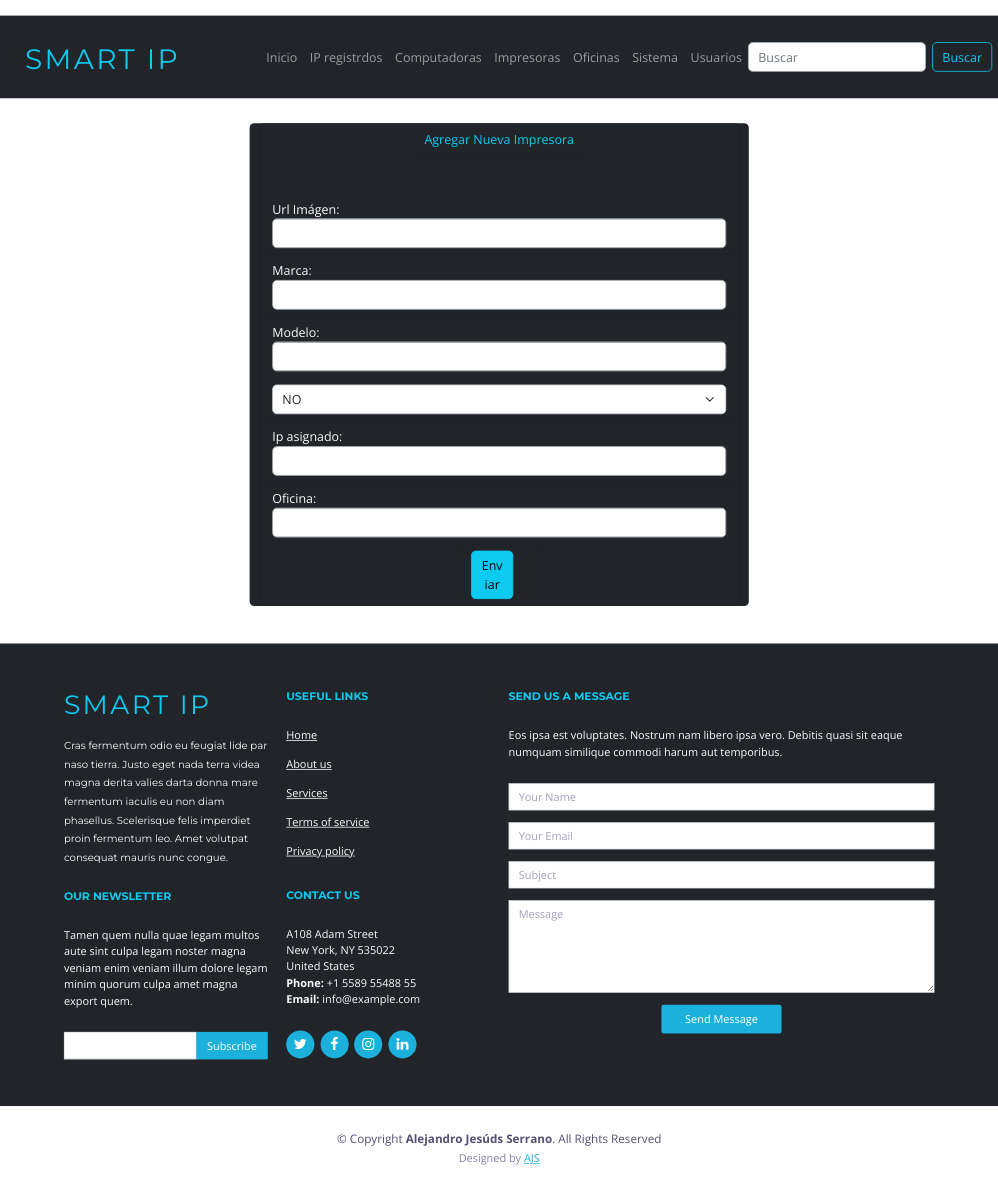
Repository: AlejandroJesusSerrano/SmartIPs
Page: smartip/smartipnav/templates/smartipnav/printer_form.html
An editor plug-in stored every save of this project. The page is shown before and after the next save, followed by the edit.
The browser window is 1280 px wide. The pictures show the whole page, at 78% of full size.
The page is served by the project's application, run on Django 4.2 (smartip/manage.py). Other server files are loaded and not shown. The template is opened directly, without the code that normally fills it, so the values that code supplies are empty.

Above is the page before, as saved 2022-11-14 09:16:46.

### smartip/smartipnav/templates/smartipnav/printer_form.html
{% extends 'smartipnav/base.html' %}

{% block content %}
<section>
    <div class="container col-lg-6 bg-dark rounded">
        <div class="card mx-auto mt-5 bg-dark style="width: 20rem;">
            <div class="card-header bg-dark text-info mx-auto">
              Agregar Nueva Impresora
            </div>
            <form id=printer_add_form action="" method="post" class="mt-5">
                {% csrf_token %}
                <ul class="list-group list-group-flush">
                    <li class="list-group-item bg-dark">
                        <label class="form-control-label text-light" for="printer_image">Url Imágen: </label>
                    <input class="form-control" type="url" name="printer_image" id="printer_add">
                    </li>
                    <li class="list-group-item bg-dark">
                        <label class="form-control-label text-light" for="printer_brand">Marca: </label>
                        <input class="form-control" type="text" name="printer_brand" id="printer_brand">
                    </li>
                    <li class="list-group-item bg-dark">
                        <label class="form-control-label text-light" for="printer_model">Modelo: </label>
                        <input class="form-control" type="text" name="printer_model" id="printer_model">
                    </li>
                    <li class="list-group-item bg-dark">
                        <select class="form-select">
                            <option selected>NO</option>
                            <option value="1">SI</option>
                        </select>
                    </li>
                    <li class="list-group-item bg-dark">
                        <label class="form-control-label text-light" for="printer_ip">Ip asignado: </label>
                        <input class="form-control" type="text" name="printer_ip" id="printer_ip">
                    </li>
                    <li class="list-group-item bg-dark">
                        <label class="form-control-label text-light" for="printer_office">Oficina: </label>
                        <input class="form-control" type="text" namr="printer_office" id="printer_office">
                    </li>
                    <li class="list-group-item bg-dark  px-auto mx-auto">
                        <button type="submit" class="btn btn-info mx-auto w-75">Enviar</button>
                    </li>
                  </ul>
            </form>
        </div>
    </div>
</section>
<!-- <section id="intro" class="clearfix">
    <div class="container d-flex h-100">
        <div class="row justify-content-center align-self-center">
            <div class="col-md-6 intro-info order-md-first order-last">
                <form action="" method="post">
                    {% csrf_token %}
                    <div class="container mx-auto w-100">
                        <div class="form-group bg-dark mx-auto w-80">
                            <label class="form-control-label text-light" for="printer_image">Url Imágen: </label>
                            <input class="form-control" type="url" name="printer_image" id="printer_add"></p>

                            <label class="form-control-label text-light" for="printer_brand">Marca: </label>
                            <input class="form-control" type="text" name="printer_brand" id="printer_brand"></p>

                            <label class="form-control-label text-light" for="printer_model">Modelo: </label>
                            <input class="form-control" type="text" name="printer_model" id="printer_model"></p>

                            <label class="form-control-label text-light" for="printer_rebuilded">Reacondicionada: </label>
                            <input class="form-control" type="checkbox" name="printer_rebuilded" id="printer_rebuilded"></p>

                            <label class="form-control-label text-light" for="printer_ip">Ip asignado: </label>
                            <input class="form-control" type="text" name="printer_ip" id="printer_ip"></p>

                            <label class="form-control-label text-light" for="printer_office">Oficina: </label>
                            <input class="form-control" type="text" namr="printer_office" id="printer_office"></p>

                            <button type="submit" class="btn btn-info mx-auto">Submit</button>
                        </div>
                    </div>
                </form>
            </div>
        </div>
    </div>
</section> -->
{% endblock %}

### smartip/smartipnav/templates/smartipnav/base.html
<!DOCTYPE html>
<html lang="en">
<head>

  {% load static %}
  <meta charset="utf-8">
  <title>Smart IP</title>
  <meta content="width=device-width, initial-scale=1.0" name="viewport">
  <meta content="" name="keywords">
  <meta content="" name="description">

  <!-- Favicons -->
  <link href="{% static 'smartipnav/img/favicon.png' %}" rel="icon">
  <link href="{% static 'smartipnav/img/apple-touch-icon.png' %}" rel="apple-touch-icon">

  <!-- Google Fonts -->
  <link href="https://fonts.googleapis.com/css?family=Open+Sans:300,300i,400,400i,500,600,700,700i|Montserrat:300,400,500,600,700" rel="stylesheet">

  <!-- Bootstrap CSS File -->
  <link href="https://cdn.jsdelivr.net/npm/bootstrap@5.2.2/dist/css/bootstrap.min.css" rel="stylesheet" integrity="sha384-Zenh87qX5JnK2Jl0vWa8Ck2rdkQ2Bzep5IDxbcnCeuOxjzrPF/et3URy9Bv1WTRi" crossorigin="anonymous">

  <!-- Libraries CSS Files -->
  <link href="{% static 'smartipnav/lib/font-awesome/css/font-awesome.min.css' %}" rel="stylesheet">
  <link href="{% static 'smartipnav/lib/animate/animate.min.css' %}" rel="stylesheet">
  <link href="{% static 'smartipnav/lib/ionicons/css/ionicons.min.css' %}" rel="stylesheet">
  <link href="{% static 'smartipnav/lib/owlcarousel/assets/owl.carousel.min.css' %}" rel="stylesheet">
  <link href="{% static 'smartipnav/lib/lightbox/css/lightbox.min.css' %}" rel="stylesheet">

  <!-- Main Stylesheet File -->
  <link href="{% static 'smartipnav/css/style.css' %}" rel="stylesheet">

  <!-- =======================================================
    Theme Name: Rapid
    Theme URL: https://bootstrapmade.com/rapid-multipurpose-bootstrap-business-template/
    Author: BootstrapMade.com
    License: https://bootstrapmade.com/license/
  ======================================================= -->
</head>

<body>
  <!--==========================
  Header
  ============================-->
  <header id="header">
    <nav class="navbar navbar-expand-lg navbar-dark bg-dark mb-5">
      <a class="navbar-brand" href="index">
        <div class="logo mb-4">
          <!-- Uncomment below if you prefer to use an image logo -->
          <h1 class="text-bg-dark mx-auto "><a href="index"><span class= "text-info">Smart IP</span></a></h1>
          <!-- <a href="#header" class="scrollto"><img src="img/logo.png" alt="" class="img-fluid"></a> -->
        </div>
      </a>
      <button class="navbar-toggler" type="button" data-bs-toggle="collapse" data-bs-target="#navbarSupportedContent" aria-controls="navbarSupportedContent" aria-expanded="false" aria-label="Toggle navigation">
        <span class="navbar-toggler-icon"></span>
      </button>
      <div class="collapse navbar-collapse" id="navbarSupportedContent">
        <ul class="navbar-nav ms-auto mb-2 mb-lg-0">
          <li class="nav-item">
            <a class="nav-link {% block indexactive %} {% endblock %}" aria-current="page" href="{% url 'Inicio' %}">Inicio</a>
          </li>
          <li class="nav-item">
            <a class="nav-link {% block ipactive %} {% endblock %}" aria-current="page" href=" {% url 'Ip' %}">IP registrdos</a>
          </li>
          <li class="nav-item">
            <a class="nav-link {% block computeractive %} {% endblock %}" aria-current="page" href="{% url 'Computers' %}">Computadoras</a>
          </li>
          <li class="nav-item">
            <a class="nav-link {% block printersactive %} {% endblock %}" aria-current="page" href="{% url 'Printers' %}">Impresoras</a>
          </li>
          <li class="nav-item">
            <a class="nav-link {% block officesactive %} {% endblock %}" aria-current="page" href="{% url 'Offices' %}">Oficinas</a>
          </li>
          <li class="nav-item">
            <a class="nav-link {% block usersactive %} {% endblock %}" aria-current="page" href="{% url 'Users' %}">Sistema</a>
          </li>
          <li class="nav-item">
            <a class="nav-link {% block userspcactive %} {% endblock %}" aria-current="page" href="{% url 'UsersPc' %}">Usuarios</a>
          </li>

          <!-- <li class="nav-item dropdown">
            <a class="nav-link dropdown-toggle" href="#" id="navbarDropdown" role="button" data-bs-toggle="dropdown" aria-expanded="false">
              Dropdown
            </a>
            <ul class="dropdown-menu" aria-labelledby="navbarDropdown">
              <li><a class="dropdown-item" href="#">Acción</a></li>
              <li><a class="dropdown-item" href="#">Otra acción</a></li>
              <li><hr class="dropdown-divider"></li>
              <li><a class="dropdown-item" href="#">Algo más aquí</a></li>
            </ul>
          </li>
          <li class="nav-item">
            <a class="nav-link disabled">Deshabilitado</a>
          </li> -->
        </ul>
        <form class="d-flex" role="search">
          <input class="form-control me-2" type="search" placeholder="Buscar" aria-label="Buscar">
          <button class="btn btn-outline-info me-2" type="submit">Buscar</button>
        </form>
      </div>
    </nav>
  </header><!-- #header -->



    {% block content %}

    {% endblock %}



  <!--==========================
    Footer
  ============================-->
  <footer id="footer" class="section-bg">
    <div class="mt-5 footer-top bg-dark">
      <div class="container bg-dark">

        <div class="row">

          <div class="col-lg-6">

            <div class="row">

                <div class="col-sm-6">

                  <div class="footer-info">
                    <h3 class="text-info">Smart Ip</h3>
                    <p class="text-light">Cras fermentum odio eu feugiat lide par naso tierra. Justo eget nada terra videa magna derita valies darta donna mare fermentum iaculis eu non diam phasellus. Scelerisque felis imperdiet proin fermentum leo. Amet volutpat consequat mauris nunc congue.</p>
                  </div>

                  <div class="footer-newsletter">
                    <h4 class="text-info">Our Newsletter</h4>
                    <p class="text-light">Tamen quem nulla quae legam multos aute sint culpa legam noster magna veniam enim veniam illum dolore legam minim quorum culpa amet magna export quem.</p>
                    <form action="" method="post">
                      <input type="email" name="email"><input type="submit"  value="Subscribe">
                    </form>
                  </div>

                </div>

                <div class="col-sm-6">
                  <div class="footer-links">
                    <h4 class="text-info">Useful Links</h4>
                    <ul>
                      <li><a class="text-light" href="#">Home</a></li>
                      <li><a class="text-light" href="#">About us</a></li>
                      <li><a class="text-light" href="#">Services</a></li>
                      <li><a class="text-light" href="#">Terms of service</a></li>
                      <li><a class="text-light" href="#">Privacy policy</a></li>
                    </ul>
                  </div>

                  <div class="footer-links">
                    <h4 class="text-info">Contact Us</h4>
                    <p class="text-light">
                      A108 Adam Street <br>
                      New York, NY 535022<br>
                      United States <br>
                      <strong>Phone:</strong> +1 5589 55488 55<br>
                      <strong>Email:</strong> info@example.com<br>
                    </p>
                  </div>

                  <div class="social-links">
                    <a href="#" class="twitter"><i class="fa fa-twitter"></i></a>
                    <a href="#" class="facebook"><i class="fa fa-facebook"></i></a>
                    <a href="#" class="instagram"><i class="fa fa-instagram"></i></a>
                    <a href="#" class="linkedin"><i class="fa fa-linkedin"></i></a>
                  </div>

                </div>

            </div>

          </div>

          <div class="col-lg-6">

            <div class="form">

              <h4 class="text-info">Send us a message</h4>
              <p class= "text-light">Eos ipsa est voluptates. Nostrum nam libero ipsa vero. Debitis quasi sit eaque numquam similique commodi harum aut temporibus.</p>
              <form action="" method="post" role="form" class="contactForm">
                <div class="form-group">
                  <input type="text" name="name" class="form-control" id="name" placeholder="Your Name" data-rule="minlen:4" data-msg="Please enter at least 4 chars" />
                  <div class="validation"></div>
                </div>
                <div class="form-group">
                  <input type="email" class="form-control" name="email" id="email" placeholder="Your Email" data-rule="email" data-msg="Please enter a valid email" />
                  <div class="validation"></div>
                </div>
                <div class="form-group">
                  <input type="text" class="form-control" name="subject" id="subject" placeholder="Subject" data-rule="minlen:4" data-msg="Please enter at least 8 chars of subject" />
                  <div class="validation"></div>
                </div>
                <div class="form-group">
                  <textarea class="form-control" name="message" rows="5" data-rule="required" data-msg="Please write something for us" placeholder="Message"></textarea>
                  <div class="validation"></div>
                </div>

                <div id="sendmessage">Your message has been sent. Thank you!</div>
                <div id="errormessage"></div>

                <div class="text-center"><button type="submit" title="Send Message">Send Message</button></div>
              </form>
            </div>

          </div>



        </div>

      </div>
    </div>

    <div class="container">
      <div class="copyright">
        &copy; Copyright <strong>Alejandro Jesúds Serrano</strong>. All Rights Reserved
      </div>
      <div class="credits">
        <!--
          All the links in the footer should remain intact.
          You can delete the links only if you purchased the pro version.
          Licensing information: https://bootstrapmade.com/license/
          Purchase the pro version with working PHP/AJAX contact form: https://bootstrapmade.com/buy/?theme=Rapid
        -->
        Designed by <a href="https://AJS.com/">AJS</a>
      </div>
    </div>
  </footer><!-- #footer -->

  <a href="#" class="back-to-top"><i class="fa fa-chevron-up"></i></a>
  <!-- Uncomment below i you want to use a preloader -->
  <!-- <div id="preloader"></div> -->

  <!-- JavaScript Libraries -->
  <script src="{% static 'smartipnav/lib/jquery/jquery.min.js' %}"></script>
  <script src="{% static 'smartipnav/lib/jquery/jquery-migrate.min.js' %}"></script>
  <script src="https://cdn.jsdelivr.net/npm/bootstrap@5.2.2/dist/js/bootstrap.bundle.min.js" integrity="sha384-OERcA2EqjJCMA+/3y+gxIOqMEjwtxJY7qPCqsdltbNJuaOe923+mo//f6V8Qbsw3" crossorigin="anonymous"></script>
  <script src="{% static 'smartipnav/lib/easing/easing.min.js' %}"></script>
  <script src="{% static 'smartipnav/lib/mobile-nav/mobile-nav.js' %}"></script>
  <script src="{% static 'smartipnav/lib/wow/wow.min.js' %}"></script>
  <script src="{% static 'smartipnav/lib/waypoints/waypoints.min.js' %}"></script>
  <script src="{% static 'smartipnav/lib/counterup/counterup.min.js' %}"></script>
  <script src="{% static 'smartipnav/lib/owlcarousel/owl.carousel.min.js' %}"></script>
  <script src="{% static 'smartipnav/lib/isotope/isotope.pkgd.min.js' %}"></script>
  <script src="{% static 'smartipnav/lib/lightbox/js/lightbox.min.js' %}"></script>
  <!-- Contact Form JavaScript File -->
  <script src="{% static 'smartipnav/contactform/contactform.js' %}"></script>

  <!-- Template Main Javascript File -->
  <script src="{% static 'smartipnav/js/main.js' %}"></script>

</body>
</html>

### smartip/smartip/urls.py
"""smartip URL Configuration

The `urlpatterns` list routes URLs to views. For more information please see:
    https://docs.djangoproject.com/en/4.1/topics/http/urls/
Examples:
Function views
    1. Add an import:  from my_app import views
    2. Add a URL to urlpatterns:  path('', views.home, name='home')
Class-based views
    1. Add an import:  from other_app.views import Home
    2. Add a URL to urlpatterns:  path('', Home.as_view(), name='home')
Including another URLconf
    1. Import the include() function: from django.urls import include, path
    2. Add a URL to urlpatterns:  path('blog/', include('blog.urls'))
"""
from django.contrib import admin
from django.urls import path

urlpatterns = [
    path('admin/', admin.site.urls),
]

Loaded but not shown: smartip/smartipnav/static/smartipnav/lib/font-awesome/css/font-awesome.min.css (library); smartip/smartipnav/static/smartipnav/lib/animate/animate.min.css (library); smartip/smartipnav/static/smartipnav/lib/ionicons/css/ionicons.min.css (library); smartip/smartipnav/static/smartipnav/lib/owlcarousel/assets/owl.carousel.min.css (library); smartip/smartipnav/static/smartipnav/lib/lightbox/css/lightbox.min.css (common file); smartip/smartipnav/static/smartipnav/lib/jquery/jquery.min.js (library); smartip/smartipnav/static/smartipnav/lib/jquery/jquery-migrate.min.js (library); smartip/smartipnav/static/smartipnav/lib/easing/easing.min.js (common file); smartip/smartipnav/static/smartipnav/lib/mobile-nav/mobile-nav.js (common file); smartip/smartipnav/static/smartipnav/lib/wow/wow.min.js (library); smartip/smartipnav/static/smartipnav/lib/waypoints/waypoints.min.js (library); smartip/smartipnav/static/smartipnav/lib/counterup/counterup.min.js (common file); smartip/smartipnav/static/smartipnav/lib/owlcarousel/owl.carousel.min.js (library); smartip/smartipnav/static/smartipnav/lib/isotope/isotope.pkgd.min.js (library); smartip/smartipnav/static/smartipnav/lib/lightbox/js/lightbox.min.js (library); smartip/smartipnav/static/smartipnav/js/main.js (131 lines, source omitted); smartip/smartipnav/static/smartipnav/contactform/contactform.js (118 lines, source omitted); smartip/smartipnav/static/smartipnav/css/style.css (1573 lines, source omitted)

After the next save:
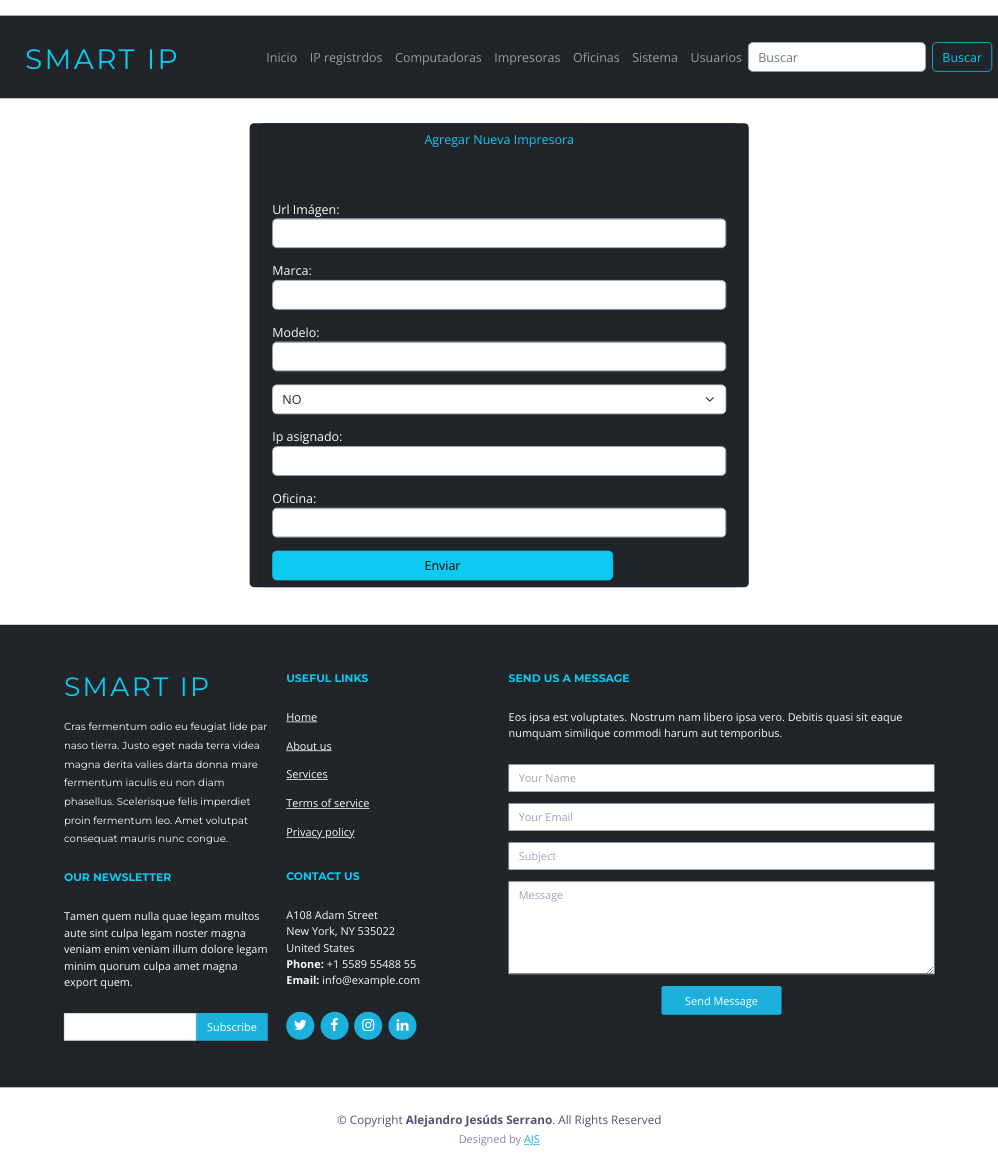
Saved 15 s later.
--- a/smartip/smartipnav/templates/smartipnav/printer_form.html
+++ b/smartip/smartipnav/templates/smartipnav/printer_form.html
@@ -36,7 +36,7 @@
                         <label class="form-control-label text-light" for="printer_office">Oficina: </label>
                         <input class="form-control" type="text" namr="printer_office" id="printer_office">
                     </li>
-                    <li class="list-group-item bg-dark  px-auto mx-auto">
+                    <li class="list-group-item bg-dark  px-auto">
                         <button type="submit" class="btn btn-info mx-auto w-75">Enviar</button>
                     </li>
                   </ul>
